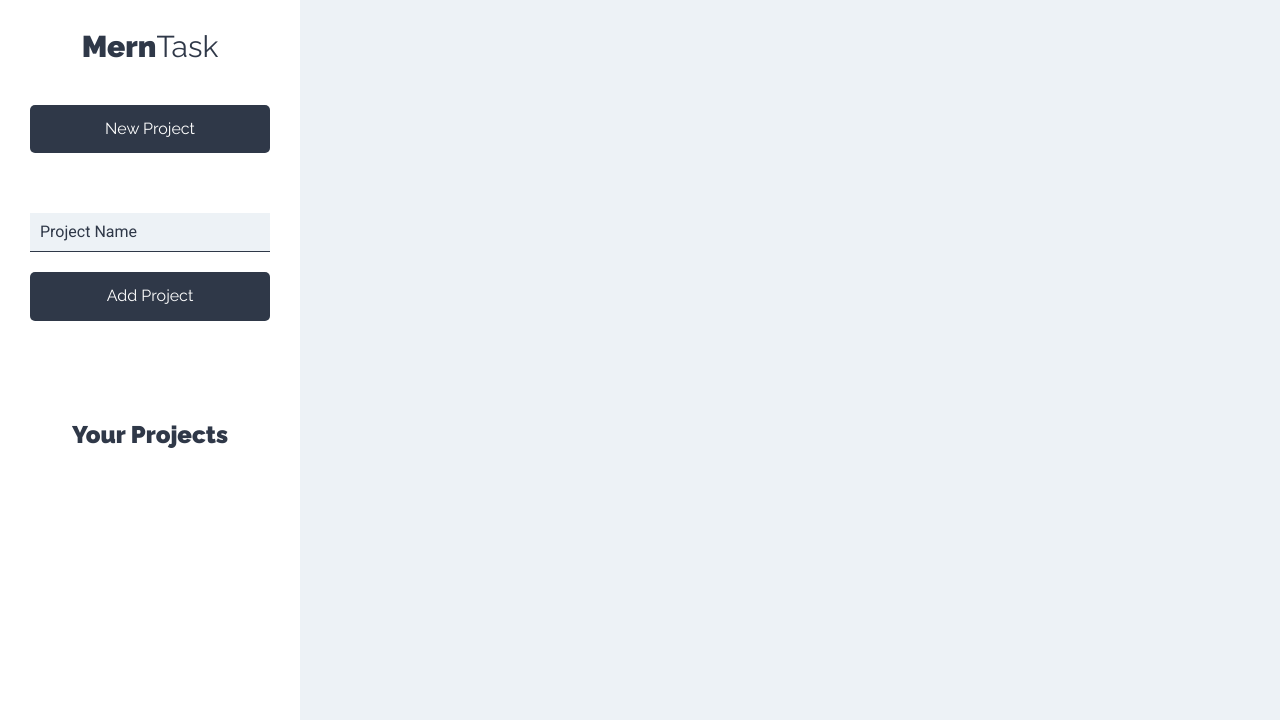
Repository: ppfeliuu/MERN-Task-Client
Page: /projects
An editor plug-in stored every save of this project. The page is shown before and after the next save, followed by the edit.
The browser window is 1280 px wide. The pictures show the whole page.
The project was rebuilt for these pictures with package versions that can differ from the ones it lists, and the page was loaded fresh each time. Also part of the build but not shown: src/components/auth/Login.js, src/components/auth/NewAccount.js.

Above is the page before, as saved 2020-02-15 16:16:07.

### src/App.js
import React from 'react';
import { BrowserRouter as Router, Switch, Route } from 'react-router-dom';
import Login from './components/auth/Login';
import NewAccount from './components/auth/NewAccount';
import Projects from './components/projects/Projects';

function App() {
  return (
    <Router>
      <Switch>
        <Route exact path="/" component={Login} />
        <Route exact path="/new-account" component={NewAccount} />
        <Route exact path="/projects" component={Projects} />
      </Switch>
    </Router>
  );
}

export default App;

### src/components/projects/Projects.js
import React from "react";
import Sidebar from "../layout/Sidebar";


const Projects = () => {
  return (
    <div className="contenedor-app">
      <Sidebar />

      <div className="seccion-principal">
        <main>
          <div className="contenedor-tareas"></div>
        </main>
      </div>
    </div>
  );
};

export default Projects;

### src/components/layout/Sidebar.js
import React from 'react'
import NewProject from '../projects/NewProject'

const Sidebar = () => {
    return (
        <aside>
            <h1>Mern<span>Task</span></h1>
            <NewProject />

            <div className="proyectos">
                <h2>Your Projects</h2>
            </div>
        </aside>
    )
}

export default Sidebar

### src/components/projects/NewProject.js
import React, { Fragment, useState } from 'react'

const NewProject = () => {

    // State for project
    const [project, setProject] = useState({
        name: ''
    });

    const { name } = project;

    const onChangeProject = e => {
        setProject({
            ...project,
            [e.target.name] : e.target.value
        })
    }

    const onSubmitProject = e => {
        e.preventDefault();

        //valid project

        // add state

        //reset form
    }

    return (
        <Fragment>
            <button type="button" className="btn btn-block btn-primario">New Project</button>

            <form className="formulario-nuevo-proyecto">
                <input type="text" className="input-text" placeholder="Project Name" name="name" value={name} onChange={onChangeProject} />
                <input type="submit" className="btn btn-block btn-primario" value="Add Project" onSubmit={onSubmitProject}/>
            </form>
        </Fragment>
    )
}

export default NewProject

### src/components/projects/ListProjects.js
import React from 'react'
import Project from './Project'

const ListProjects = () => {

    const projects = [
        {name: 'Tienda Virtual'},
        {name: 'Website'},
        {name: 'Design Web'},
    ]
    return (
        <ul className="listado-proyectos">
            {projects.map(project => (
                <Project project={project} />
            ))}
        </ul>
    )
}

export default ListProjects

### src/components/projects/Project.js
import React from 'react'

const Project = ({project}) => {
    return (
        <li>
            <button type="button" className="btn btn-black">
                {project.name}
            </button>
        </li>
    )
}

export default Project

Loaded but not shown: public/index.html (common file); src/index.js (common file); src/index.css (common file); src/serviceWorker.js (common file)

After the next save:
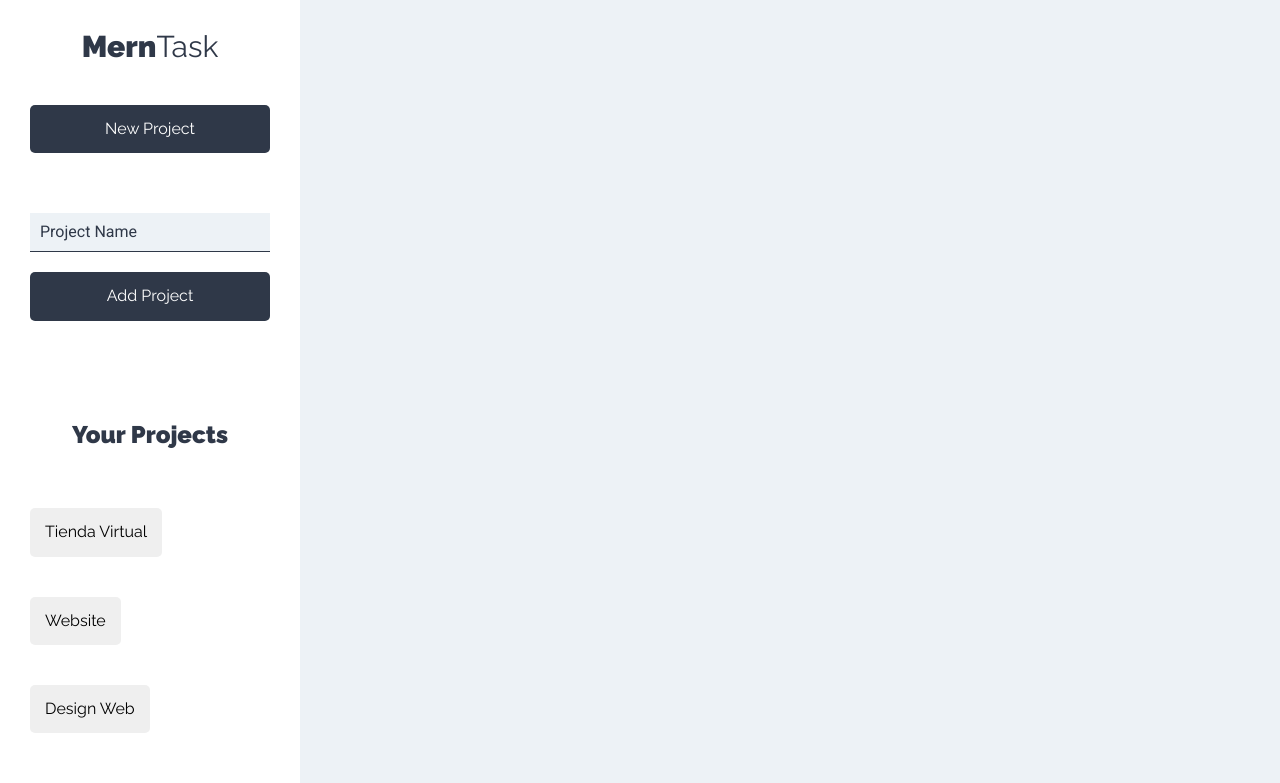
Saved 48 s later.
--- a/src/components/layout/Sidebar.js
+++ b/src/components/layout/Sidebar.js
@@ -1,5 +1,6 @@
-import React from 'react'
-import NewProject from '../projects/NewProject'
+import React from 'react';
+import NewProject from '../projects/NewProject';
+import ListProjects from '../projects/ListProjects';
 
 const Sidebar = () => {
     return (
@@ -9,6 +10,8 @@ const Sidebar = () => {
 
             <div className="proyectos">
                 <h2>Your Projects</h2>
+
+                <ListProjects />
             </div>
         </aside>
     )
